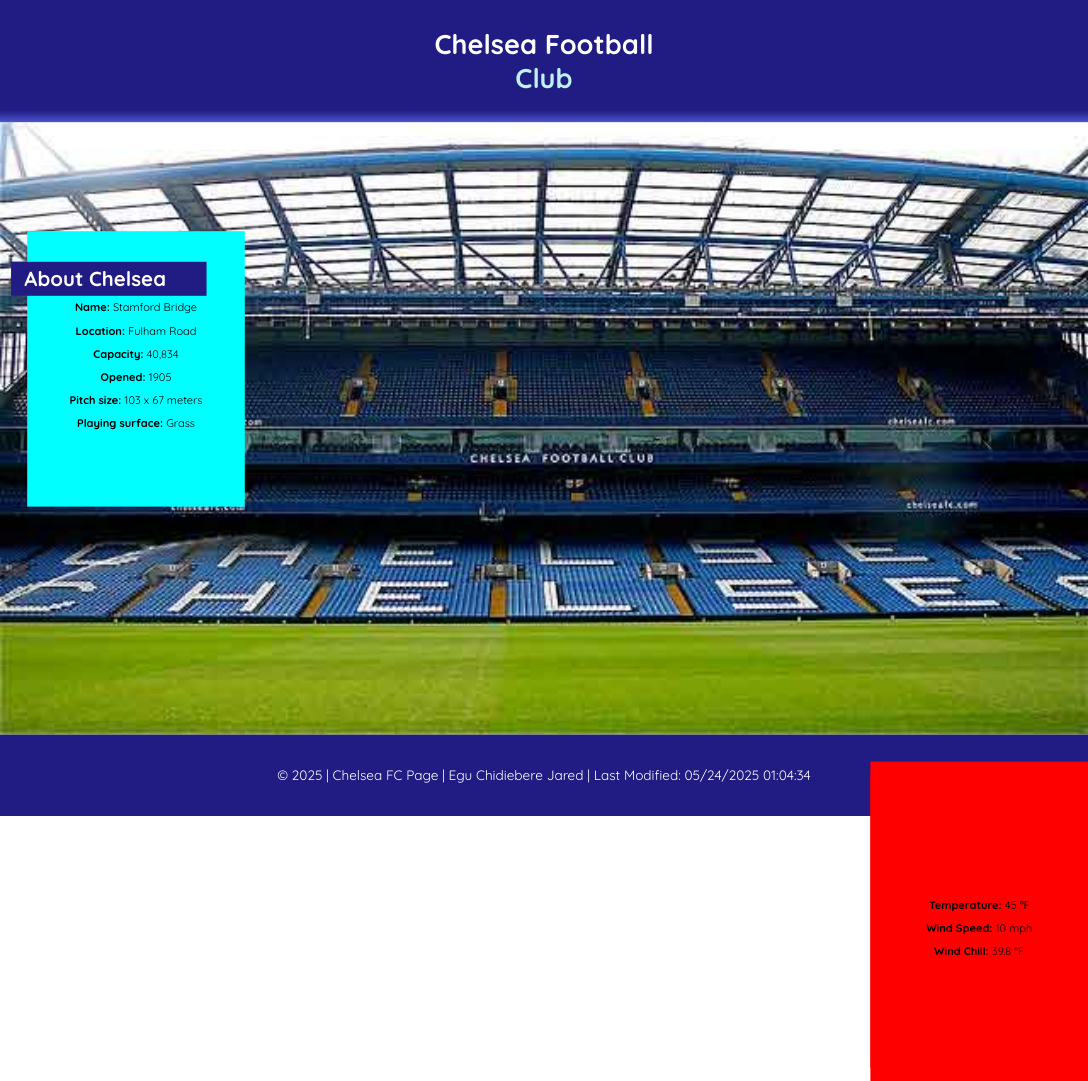
Repository: EguJaredoBoyd/wdd131
Page: place.html
These files come from the project's save history. The page is drawn as it stood at one moment and after the next save; the edit follows.
The browser window is 1280 px wide. The pictures show the whole page, at 85% of full size.
Some web libraries are served in a nearby version.

Above is the page before, as saved 2025-05-26 16:41:35.

After the next save:
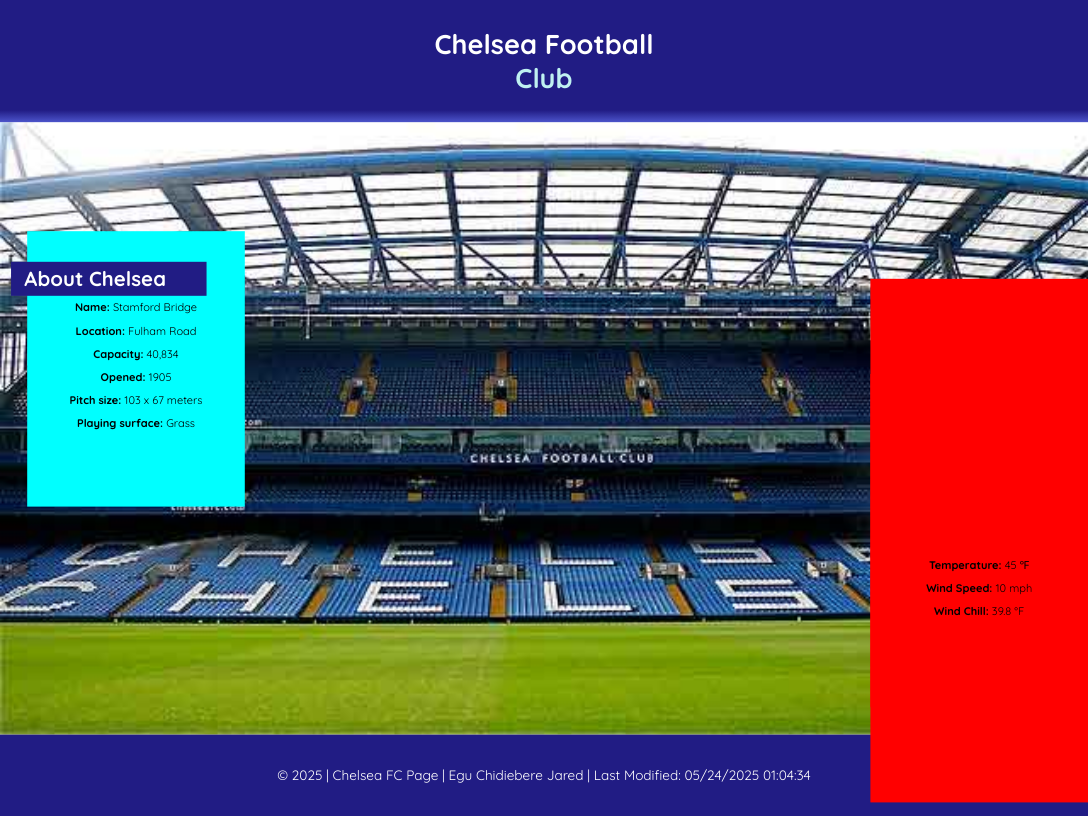
Saved 23 s later.
--- a/styles/place-large.css
+++ b/styles/place-large.css
@@ -28,7 +28,8 @@
         position: absolute;
         background-color: red;
         width: 20vw;
-        height: 50vh;
+        height: 70vh;
+        bottom: -7rem;
         right: 0;
         line-height: 1.7rem;
 
